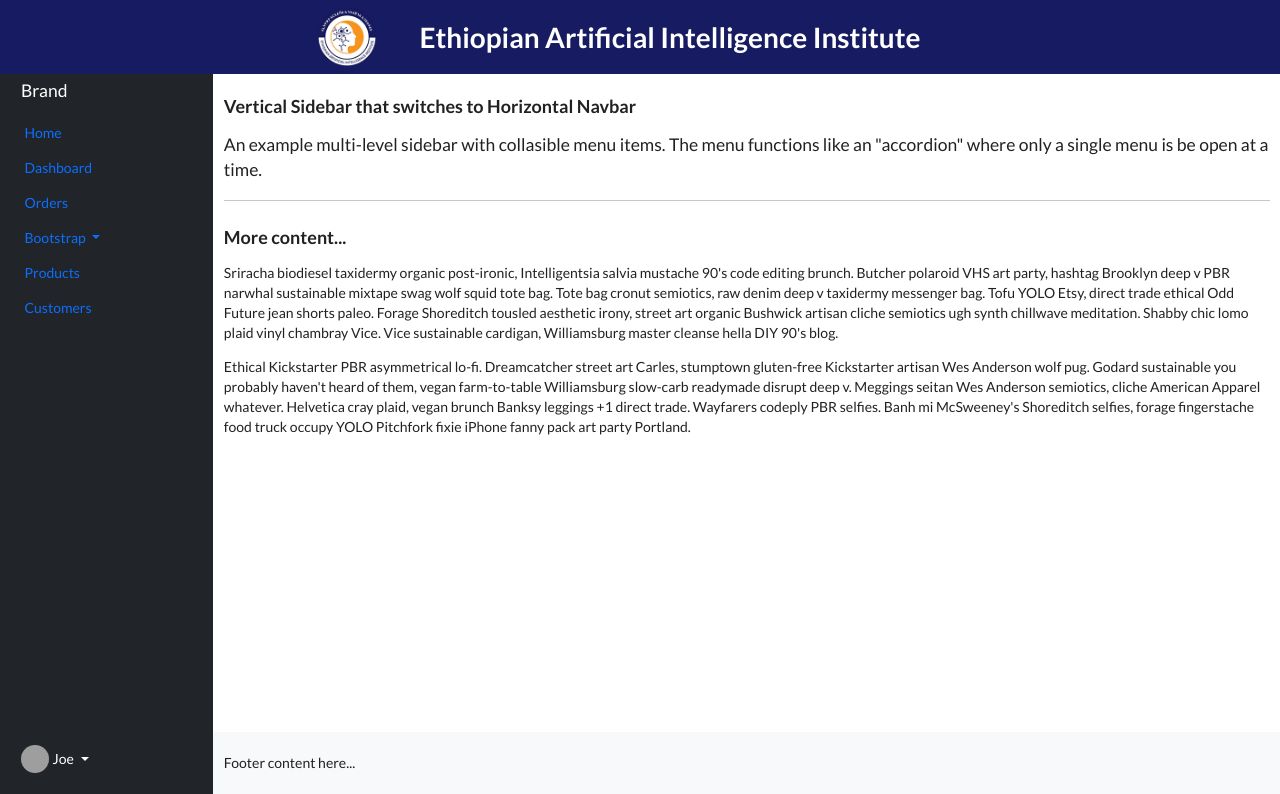
Repository: degagawolde/lung-disease-detection-webapp
Page: DiseaseClassification/templates/index.html
These files come from the project's save history. The page is drawn as it stood at one moment and after the next save; the edit follows.
The browser window is 1280 px wide. The pictures show the whole page.
Pictures or frames that could not be fetched are drawn as grey boxes. Some web libraries are served in a nearby version. The page is served by the project's application, run on Django 4.2 (manage.py). The template is opened directly, without the code that normally fills it, so the values that code supplies are empty.

Above is the page before, as saved 2022-09-25 17:25:59.

After the next save:
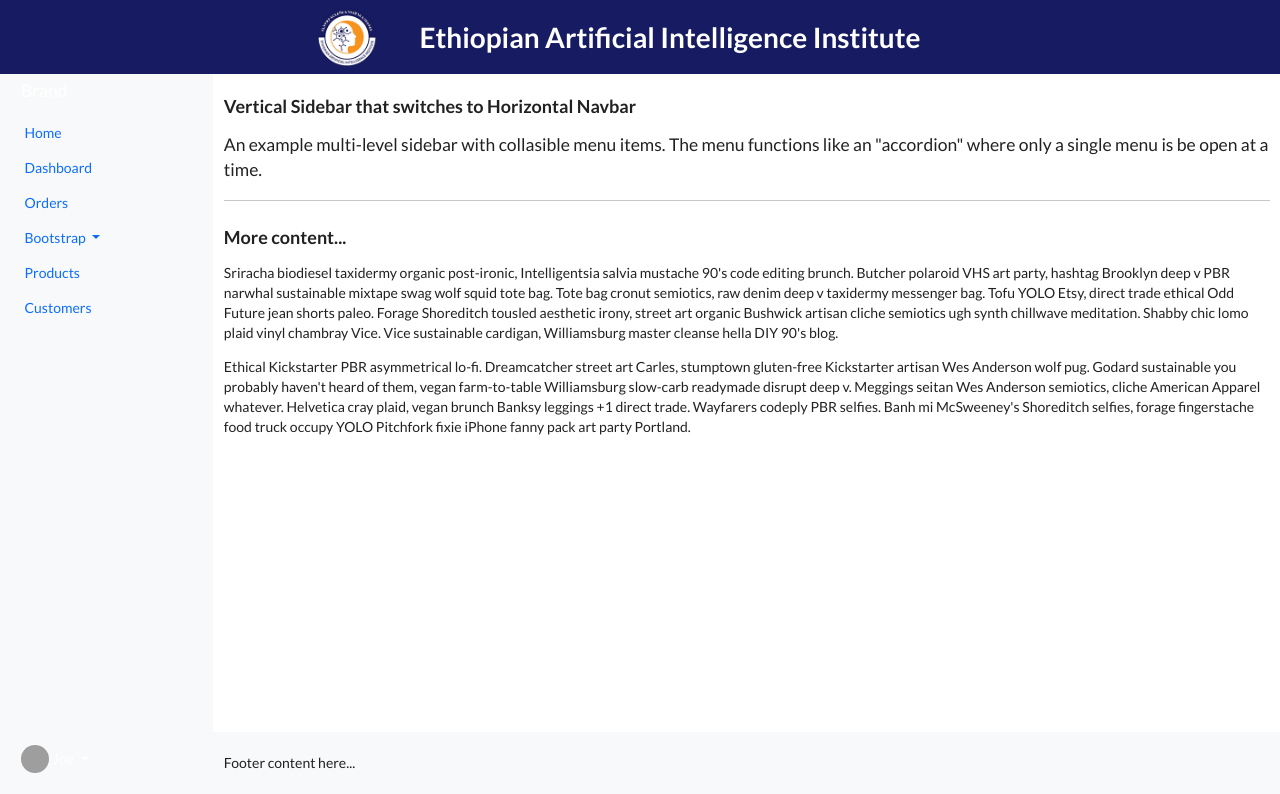
Saved 2 min 32 s later.
--- a/templates/index.html
+++ b/templates/index.html
@@ -38,7 +38,7 @@
     </nav>
     <div class="container-fluid overflow-hidden">
     <div class="row vh-100 overflow-auto">
-        <div class="col-12 col-sm-3 col-xl-2 px-sm-2 px-0 bg-dark d-flex sticky-top">
+        <div class="col-12 col-sm-3 col-xl-2 px-sm-2 px-0 bg-light d-flex sticky-top">
             <div class="d-flex flex-sm-column flex-row flex-grow-1 align-items-center align-items-sm-start px-3 pt-2 text-white">
                 <a href="/" class="d-flex align-items-center pb-sm-3 mb-md-0 me-md-auto text-white text-decoration-none">
                     <span class="fs-5">B<span class="d-none d-sm-inline">rand</span></span>
